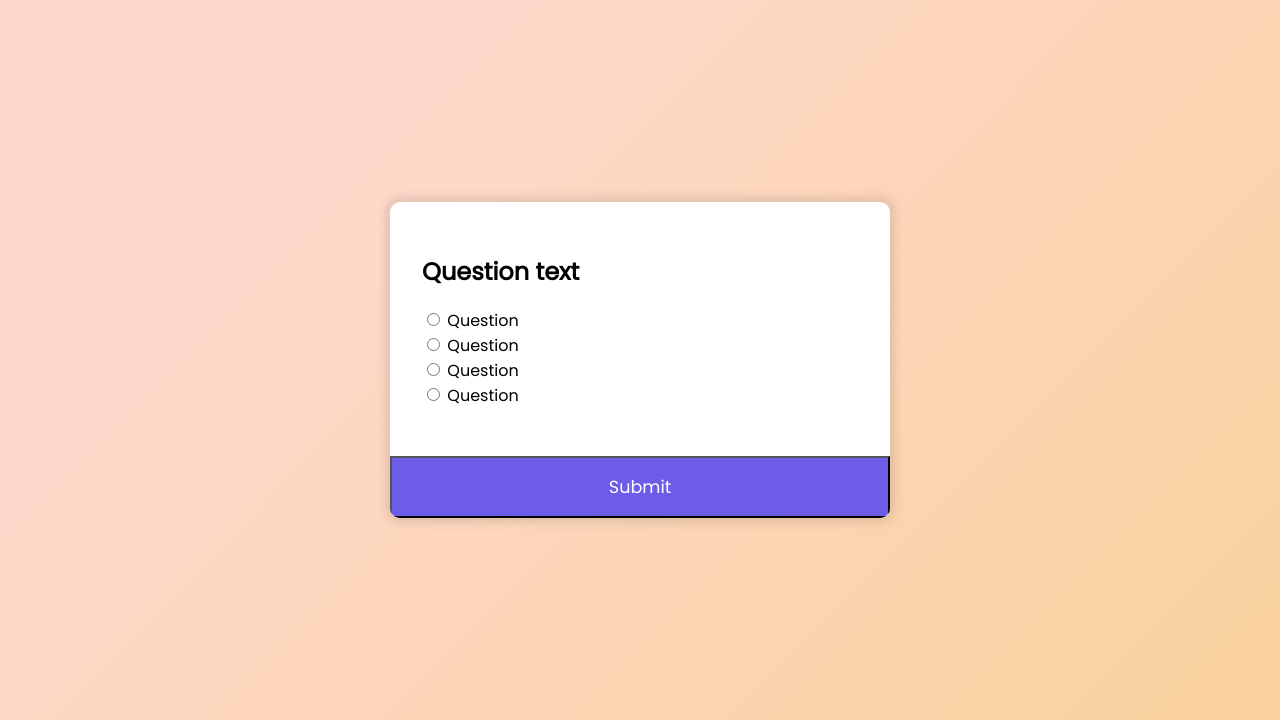
Repository: PratypartyY2K/JavaScript-Projects
Page: Quiz-App/index.html
These files come from the project's save history. The page is drawn as it stood at one moment and after the next save; the edit follows.
The browser window is 1280 px wide. The pictures show the whole page.

Above is the page before, as saved 2021-07-04 09:27:47.

After the next save:
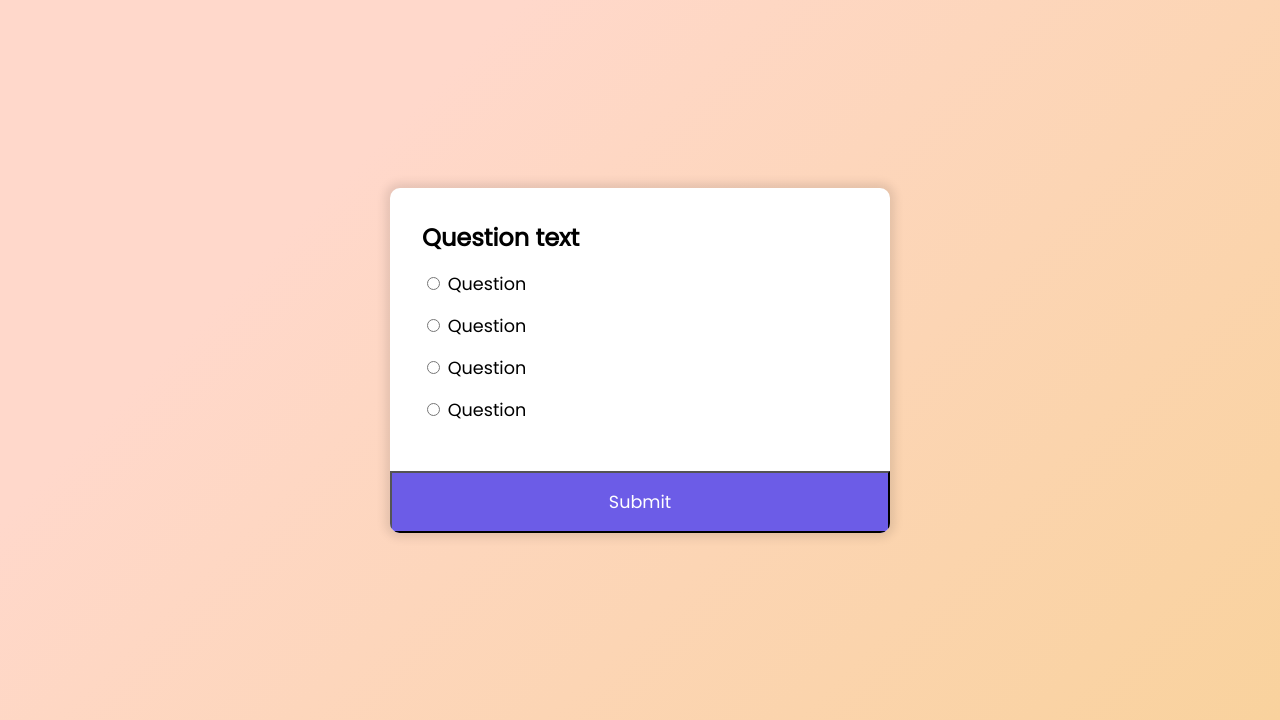
Saved 99 s later.
--- a/Quiz-App/styles.css
+++ b/Quiz-App/styles.css
@@ -28,9 +28,18 @@ body {
     padding: 2rem;
 }
 
+h2 {
+    margin: 0;
+}
+
 ul {
     list-style-type: none;
     padding: 0;
+}
+
+ul li {
+    font-size: 1.1rem;
+    margin: 1rem 0;
 }
 
 button {
